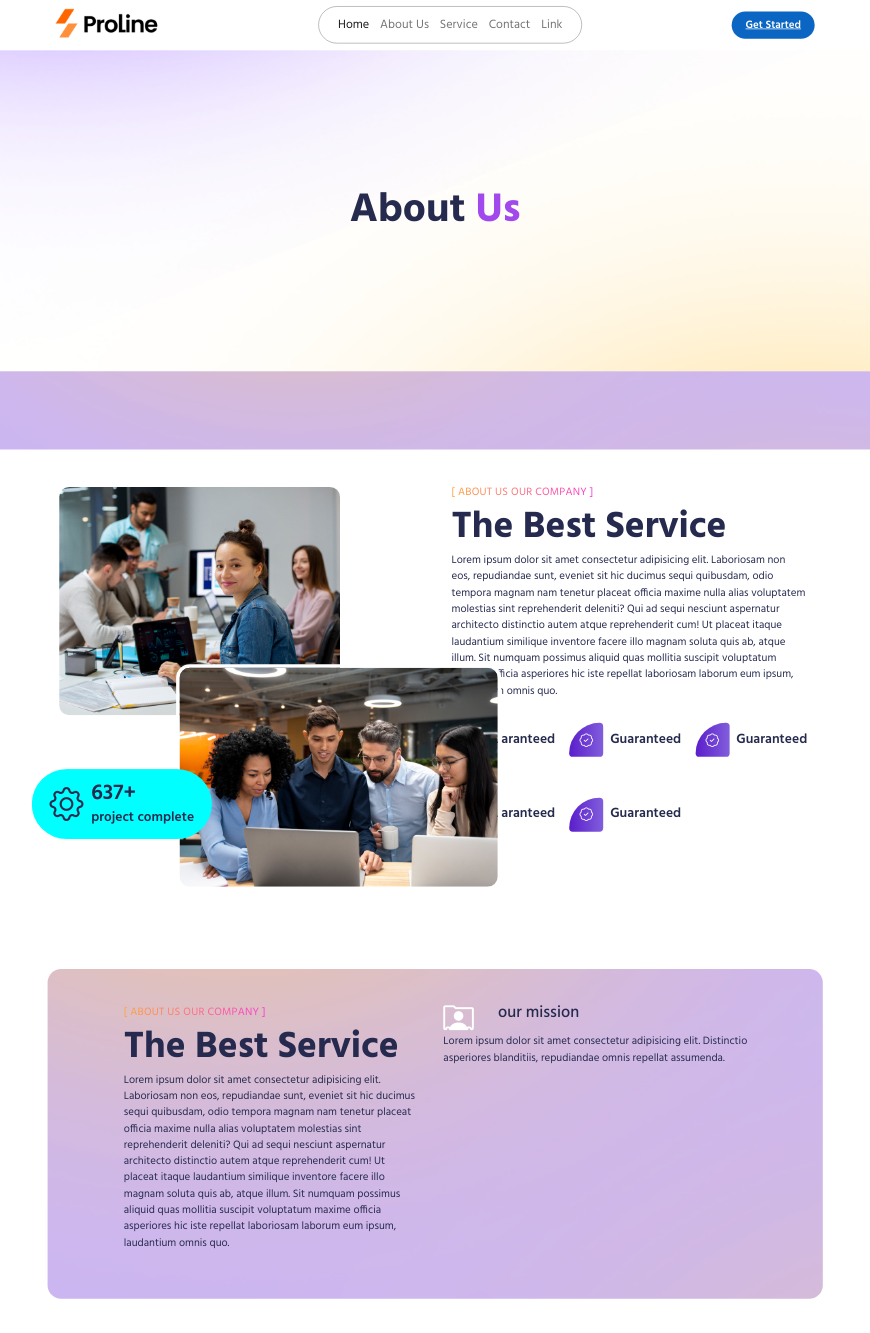
Repository: tagnam/corporate
Page: aboutus.html
An editor plug-in stored every save of this project. The page is shown before and after a run of saves, followed by the edit.
The browser window is 1280 px wide. The pictures show the whole page, at 68% of full size.

Above is the page before, as saved 2025-02-15 12:26:22.

### aboutus.html
<!DOCTYPE html>
<html lang="en">
    <head>
        <meta charset="UTF-8" />
        <meta name="viewport" content="width=device-width, initial-scale=1.0" />
        <title>Corporate</title>
        <link href="https://cdn.jsdelivr.net/npm/bootstrap@5.2.3/dist/css/bootstrap.min.css" rel="stylesheet" integrity="sha384-rbsA2VBKQhggwzxH7pPCaAqO46MgnOM80zW1RWuH61DGLwZJEdK2Kadq2F9CUG65" crossorigin="anonymous" />
        <script src="https://cdn.jsdelivr.net/npm/bootstrap@5.2.3/dist/js/bootstrap.bundle.min.js" integrity="sha384-kenU1KFdBIe4zVF0s0G1M5b4hcpxyD9F7jL+jjXkk+Q2h455rYXK/7HAuoJl+0I4" crossorigin="anonymous"></script>
        <link rel="stylesheet" type="text/css" href="https://cdn.jsdelivr.net/npm/slick-carousel@1.8.1/slick/slick.css" />
        <link rel="stylesheet" type="text/css" href="https://cdn.jsdelivr.net/npm/slick-carousel@1.8.1/slick/slick-theme.css" />
        <link rel="stylesheet" href="style/css/animation.css" />
        <link rel="stylesheet" href="style/css/responsive.css" />
        <link rel="stylesheet" href="style/css/style.css" />
    </head>
<body>
            <!--======================================= start navigation bar  ===================================-->

            <header>
                <!-- <div class="nav-top">
                    <div class="col-lg-4"></div>
                    <div class="col-lg-4"></div>
                    <div class="col-lg-4"></div>
                </div> -->
                <nav class="navbar navbar-expand-lg ">
                    <div class="container">
                      <a class="navbar-brand" href="#"><img src="images/leads-proline-300x95.png" width="150px" alt=""></a>
                      <button class="navbar-toggler" type="button" data-bs-toggle="collapse" data-bs-target="#navbarSupportedContent" aria-controls="navbarSupportedContent" aria-expanded="false" aria-label="Toggle navigation">
                        <span class="navbar-toggler-icon"></span>
                      </button>
                      <div class="collapse navbar-collapse justify-content-between" id="navbarSupportedContent">
                        <div class="custom-nav-menu">
                            <ul class="navbar-nav custome-navbar-nav ">
                                <li class="nav-item custome-nav-item">
                                  <a class="nav-link custome-nav-link active" aria-current="page" href="/">Home</a>
                                </li>
                                <li class="nav-item custome-nav-item">
                                  <a class="nav-link custome-nav-link" href="aboutus.html">About Us</a>
                                </li>
                                <li class="nav-item custome-nav-item">
                                  <a class="nav-link custome-nav-link" href="#">Service</a>
                                </li>
                                <li class="nav-item custome-nav-item">
                                  <a class="nav-link custome-nav-link" href="#">Contact </a>
                                </li>
                                <li class="nav-item custome-nav-item">
                                  <a class="nav-link custome-nav-link" href="#">Link</a>
                                </li>
                              </ul>
                        </div>

                      </div>
                      <div >
                        <a href="" class="custom-btn"> Get Started </a>
        </div>
                    </div>
                  </nav>
            </header>

             <!--======================================= end navigation bar  ===================================-->



             <!--====================================== start about banner section ===================================-->


             <section class="innerpage-banner">
                <div class="container">
                    <div class="row">
                            <div class="col-lg-12">
                                <h2 class="inner-heading"> About <span> Us </span></h2>
                            </div>
                    </div>
                </div>
             </section>

             <!--====================================== end about banner section ===================================-->
                     <!--================================================= start client-slider  section ==========================-->
        <section class="client-slider-section">
            <div class="container-fluid" style="padding: 10px 0px;">
                <div class="row">
                    <marquee behavior="" direction="">
                        <div class="marquee" style="width: 130%; overflow: hidden;">

                              <img  src="images/leads-proline-300x95.png"   style="width: 200px;"   alt="" />
                              <img  src="images/marquee-4-icon.webp"   style="width: 75px;"   alt="" />
                              <img  src="images/leads-proline-300x95.png"   style="width: 200px;"   alt="" />
                              <img  src="images/marquee-4-icon.webp"   style="width: 75px;"   alt="" />
                              <img  src="images/leads-proline-300x95.png"   style="width: 200px;"   alt="" />
                              <img  src="images/marquee-4-icon.webp"   style="width: 75px;"   alt="" />
                              <img  src="images/leads-proline-300x95.png"   style="width: 200px;"   alt="" />
                              <img  src="images/marquee-4-icon.webp"   style="width: 75px;"   alt="" />
                              <img  src="images/leads-proline-300x95.png"   style="width: 200px;"   alt="" />
                              <img  src="images/marquee-4-icon.webp"   style="width: 75px;"   alt="" />
                              <img  src="images/leads-proline-300x95.png"   style="width: 200px;"   alt="" />
                              <img  src="images/marquee-4-icon.webp"   style="width: 75px;"   alt="" />


                        </div>
                    </marquee>
                </div>
            </div>
        </section>

        <!--================================================= end client-slider  section ==========================-->

                <!--================================================= star about section ==========================-->

                <section>
                    <div class="container">
                        <div class="row">
                            <div class="col-lg-6">
                                <div class="about-left" style="position: relative;">
                                    <figure class="about-img-container">
                                        <img class="about-img-001 A-image01" src="images/about-img-1.jpg" alt="" />
                                        <img class="about-img-001 A-image02" src="images/about-img-2.jpg" alt="" />
                                    </figure>
                                    <div class="project-counter">
                                        <div class="project-icon">
                                            <i class="bi bi-gear"></i>
                                        </div>
                                        <div class="project-number">
                                            <h2>637+</h2>
                                            <p>project complete</p>
                                        </div>
                                    </div>
                                </div>
                            </div>
                            <div class="col-lg-6">
                                <div class="container-fluid" style="margin-bottom: 20px;">
                                    <h3 class="sub-heading">[ about us our company ]</h3>
                                    <h1 class="title">The Best Service</h1>

                                    <div class="about-text">
                                        <p>
                                            Lorem ipsum dolor sit amet consectetur adipisicing elit. Laboriosam non eos, repudiandae sunt, eveniet sit hic ducimus sequi quibusdam, odio tempora magnam nam tenetur placeat officia maxime nulla alias
                                            voluptatem molestias sint reprehenderit deleniti? Qui ad sequi nesciunt aspernatur architecto distinctio autem atque reprehenderit cum! Ut placeat itaque laudantium similique inventore facere illo magnam
                                            soluta quis ab, atque illum. Sit numquam possimus aliquid quas mollitia suscipit voluptatum maxime officia asperiores hic iste repellat laboriosam laborum eum ipsum, laudantium omnis quo.
                                        </p>
                                    </div>
                                </div>
                                <div class="about-right-container">
                                    <ul class="about-list">
                                        <li class="about-list-item">
                                            <div class="col-lg-2 about-icon"><i class="bi bi-patch-check"></i></div>
                                            <div class="col-lg-10">
                                                <div class="about-list-title">Guaranteed</div>
                                            </div>
                                        </li>

                                        <li class="about-list-item">
                                            <div class="col-lg-2 about-icon"><i class="bi bi-patch-check"></i></div>
                                            <div class="col-lg-10">
                                                <div class="about-list-title">Guaranteed</div>
                                            </div>
                                        </li>
                                        <li class="about-list-item">
                                            <div class="col-lg-2 about-icon"><i class="bi bi-patch-check"></i></div>
                                            <div class="col-lg-10">
                                                <div class="about-list-title">Guaranteed</div>
                                            </div>
                                        </li>
                                        <li class="about-list-item">
                                            <div class="col-lg-2 about-icon"><i class="bi bi-patch-check"></i></div>
                                            <div class="col-lg-10">
                                                <div class="about-list-title">Guaranteed</div>
                                            </div>
                                        </li>
                                        <li class="about-list-item">
                                            <div class="col-lg-2 about-icon"><i class="bi bi-patch-check"></i></div>
                                            <div class="col-lg-10">
                                                <div class="about-list-title">Guaranteed</div>
                                            </div>
                                        </li>
                                    </ul>
                                </div>
                            </div>
                        </div>
                    </div>
                </section>
                <!--================================================= end about  section ==========================-->


            <!--==================================== start mission vission section ====================================-->

            <section class="mission-visson-section">
                <div class="container mission-vission-container">
                    <div class="row">
                        <div class="col-lg-6">
                            <div class="container-fluid" style="margin-bottom: 20px;">
                                <h3 class="sub-heading">[ about us our company ]</h3>
                                <h1 class="title">The Best Service</h1>

                                <div class="about-text">
                                    <p>
                                        Lorem ipsum dolor sit amet consectetur adipisicing elit. Laboriosam non eos, repudiandae sunt, eveniet sit hic ducimus sequi quibusdam, odio tempora magnam nam tenetur placeat officia maxime nulla alias
                                        voluptatem molestias sint reprehenderit deleniti? Qui ad sequi nesciunt aspernatur architecto distinctio autem atque reprehenderit cum! Ut placeat itaque laudantium similique inventore facere illo magnam
                                        soluta quis ab, atque illum. Sit numquam possimus aliquid quas mollitia suscipit voluptatum maxime officia asperiores hic iste repellat laboriosam laborum eum ipsum, laudantium omnis quo.
                                    </p>
                                </div>
                            </div>
                        </div>
                        <div class="col-lg-6">
                                <div class="mission-vision-card">
                                    <div class="mission-card">
                                        <div class="row">
                                            <div class="col-md-2">
                                                <div class="mission-icon">
                                                    <i class="bi bi-person-rolodex"></i>
                                                </div>
                                            </div>
                                            <div class="col-md-9">
                                                <div class="mission-content">
                                                <h4> our mission</h4>
                                                </div>
                                            </div>
                                        </div>
                                        <div class="row">
                                            <p>Lorem ipsum dolor sit amet consectetur adipisicing elit. Distinctio asperiores blanditiis, repudiandae omnis repellat assumenda.</p>
                                        </div>
                                    </div>
                                    <div class="vission-card"></div>
                                </div>
                        </div>
                    </div>
                </div>
            </section>
            <!--==================================== end mission vission section ====================================-->

</body>
</html>

### style/css/animation.css
@keyframes boxmove{
    50% {
        transform: translateX(-20%);
    }
}


@keyframes star{
    0% {
        -webkit-transform: translate(0);
        transform: translate(0);
    }
    25% {
        -webkit-transform: translate(10px, 10px);
        transform: translate(10px, 10px);
    }
    50% {
        -webkit-transform: translate(5px, 5px);
        transform: translate(5px, 5px);
    }
    75% {
        -webkit-transform: translate(10px, -5px);
        transform: translate(10px, -5px);
    }
    100% {
        -webkit-transform: translate(0);
        transform: translate(0);
    }
}

### style/css/responsive.css

@media (max-width: 576px) {

 }

/* Small devices (tablets) */
@media (min-width: 577px) and (max-width: 768px) {

}

/* Medium devices (small laptops) */
@media (min-width: 769px) and (max-width: 992px) {

 }

/* Large devices (desktops) */
@media (min-width: 993px) and (max-width: 1200px) {

}

/* Extra large devices (large desktops) */
@media (min-width: 1201px) {

 }

Loaded but not shown: style/css/style.css (622 lines, source omitted)

After the next 3 saves:
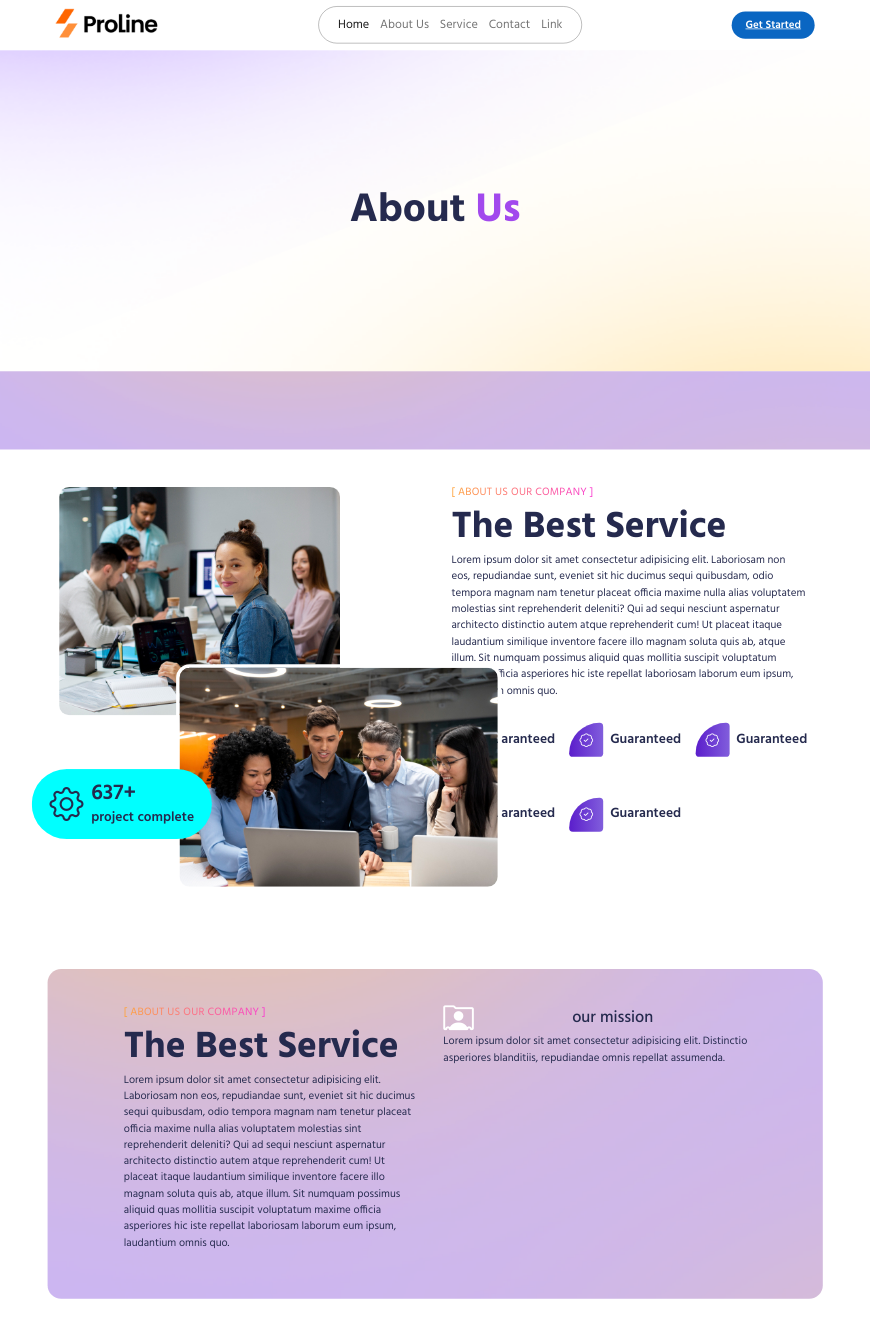
The 3 saves are shown as one change because they came seconds apart.
The last was saved 27 s later.
--- a/aboutus.html
+++ b/aboutus.html
@@ -208,7 +208,7 @@
                                                     <i class="bi bi-person-rolodex"></i>
                                                 </div>
                                             </div>
-                                            <div class="col-md-9">
+                                            <div class="col-md-9 d-flex justify-content-center">
                                                 <div class="mission-content">
                                                 <h4> our mission</h4>
                                                 </div>
